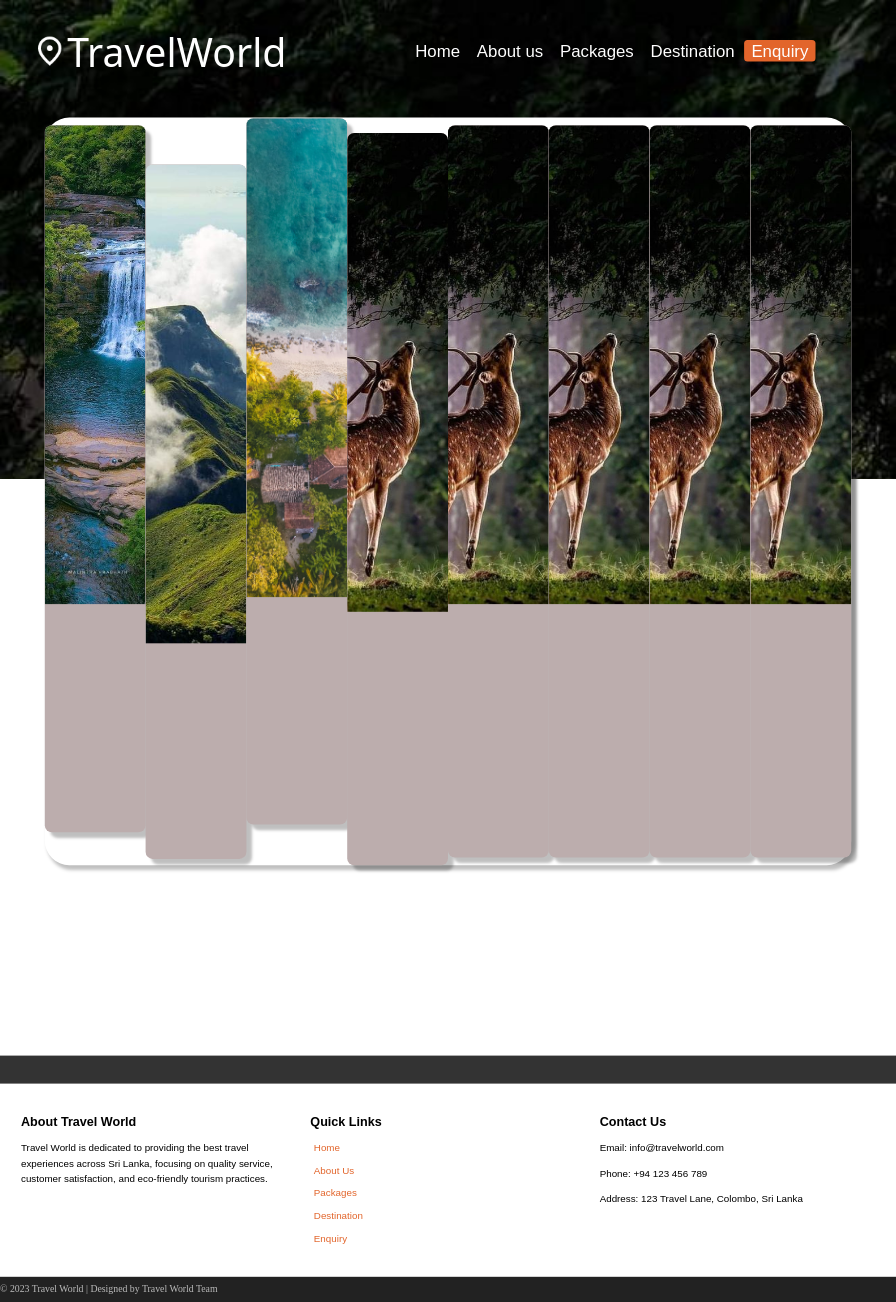
Repository: Haakim19/TavelWorld
Page: HTML/Packages.html
The author's editor kept a copy of each file at every save. The page is drawn from the files as they stood at one save, then again after the next save.
The browser window is 1280 px wide. The pictures show the whole page, at 70% of full size.
Some web fonts or font styles are not loaded; a fallback is used.

Above is the page before, as saved 2024-11-03 17:30:35.

### HTML/Packages.html
<!DOCTYPE html>
<html lang="en">
    <head>
        <meta charset="UTF-8" />
		<meta name="viewport" content="width=device-width, initial-scale=1.0" />
		<title>Travel World</title>
        <link rel="icon" href="../Assets/icon/location.png" type="image/png">
		<link rel="stylesheet" href="../CSS/Packages.css" />
        <link rel="stylesheet" href="../CSS/Navbar.CSS">
        <link rel="stylesheet" href="../CSS/Footer.css">
        <link rel="preconnect" href="https://fonts.googleapis.com">
        <link rel="preconnect" href="https://fonts.gstatic.com" crossorigin>
        <link href="https://fonts.googleapis.com/css2?family=Irish+Grover&family=Jaldi:wght@400;700&family=Playwrite+GB+S:ital,wght@0,100..400;1,100..400&display=swap" rel="stylesheet">
	</head>
	<body>
        <div class="bg-img">
            <!-- Navigation Bar -->
            <nav class="navbar">
                <div class="logo">
                    <img src="../Assets/icon/location.png" alt="" />
                    Travel <span>World</span>
                </div>
                <div class="page">
                    <a href="Home.html">Home</a>
                    <a href="Aboutus.html">About us</a>
                    <a href="Packages.html">Packages</a>
                    <a href="Destination.html">Destination</a>
                    <a href="Enquiry.html" class="enquiry-btn">Enquiry</a>
                </div>
            </nav>
            <!-- Hero Section -->
            <img class="hero-img" src="../Assets/Images/img.jpeg" alt="">
        </section>
        <img class="hero-img" src="../Assets/Images/Wild.jpg" alt="">
        <div class="container">
            <h1></h1>
            <div class="box box1">
                <img src="../Assets/Images/Pic05.jpg" alt="">
                <div class="box-content">
                    <h1>Waterfall Wonders</h1>
                    <p> Golden sands and crystal-clear waters perfect for relaxation and water sports.</p>
                    <a href="Destination.html#Waterfalls" class="btn">Destinations</a>
                    <a href="Enquiry.html" class="btn">Enquiry</a>
                </div>
            </div>
            <div class="box box2">
                <img src="../Assets/Images/mountains/Knuckles.jpg" alt="">
                <div class="box-content">
                    <h1>Mountain Escapes</h1>
                    <p> Misty highlands with waterfalls, hiking trails, and cool climates.</p>
                    <a href="Destination.html#Mountain" class="btn">Destinations</a>
                    <a href="Enquiry.html" class="btn">Enquiry</a>
                </div>
            </div>
            <div class="box box3">
                <img src="../Assets/Images/beach.jpg" alt="">
                <div class="box-content">
                    <h1>Pristine Beaches</h1>
                    <p> Golden sands and crystal-clear waters perfect for relaxation and water sports.</p>
                    <a href="Destination.html#Beaches" class="btn">Destinations</a>
                    <a href="Enquiry.html" class="btn">Enquiry</a>
                </div>
            </div>
            <div class="box box4">
                <img src="../Assets/Images/Wild.jpg" alt="">
                <div class="box-content">
                    <h1>Wildlife and Safari</h1>
                    <p> Encounter elephants, leopards, and exotic birds in diverse national parks.</p>
                    <a href="Destination.html#Wildlife" class="btn">Destinations</a>
                    <a href="Enquiry.html" class="btn">Enquiry</a>
                </div>
            </div>
            <div class="box box5">
                <img src="../Assets/Images/Wild.jpg" alt="">
                <div class="box-content">
                    <h1>Wildlife and Safari</h1>
                    <p> Encounter elephants, leopards, and exotic birds in diverse national parks.</p>
                    <a href="Destination.html#Wildlife" class="btn">Destinations</a>
                    <a href="Enquiry.html" class="btn">Enquiry</a>
                </div>
            </div>
            <div class="box box6">
                <img src="../Assets/Images/Wild.jpg" alt="">
                <div class="box-content">
                    <h1>Wildlife and Safari</h1>
                    <p> Encounter elephants, leopards, and exotic birds in diverse national parks.</p>
                    <a href="Destination.html#Wildlife" class="btn">Destinations</a>
                    <a href="Enquiry.html" class="btn">Enquiry</a>
                </div>
            </div>
            <div class="box box7">
                <img src="../Assets/Images/Wild.jpg" alt="">
                <div class="box-content">
                    <h1>Wildlife and Safari</h1>
                    <p> Encounter elephants, leopards, and exotic birds in diverse national parks.</p>
                    <a href="Destination.html#Wildlife" class="btn">Destinations</a>
                    <a href="Enquiry.html" class="btn">Enquiry</a>
                </div>
            </div>
            <div class="box box8">
                <img src="../Assets/Images/Wild.jpg" alt="">
                <div class="box-content">
                    <h1>Wildlife and Safari</h1>
                    <p> Encounter elephants, leopards, and exotic birds in diverse national parks.</p>
                    <a href="Destination.html#Wildlife" class="btn">Destinations</a>
                    <a href="Enquiry.html" class="btn">Enquiry</a>
                </div>
            </div>
        </div>
            </div>
        </div>
        <footer class="footer"></footer>
    <div class="footer-content">
        <div class="footer-section about">
            <h2>About Travel World</h2>
            <p>Travel World is dedicated to providing the best travel experiences across Sri Lanka, focusing on quality service, customer satisfaction, and eco-friendly tourism practices.</p>
        </div>
        <div class="footer-section links">
            <h2>Quick Links</h2>
            <ul>
                <li><a href="Home.html">Home</a></li>
                <li><a href="Aboutus.html">About Us</a></li>
                <li><a href="Packages.html">Packages</a></li>
                <li><a href="Destination.html">Destination</a></li>
                <li><a href="Enquiry.html">Enquiry</a></li>
            </ul>
        </div>
        <div class="footer-section contact">
            <h2>Contact Us</h2>
            <p>Email: info@travelworld.com</p>
            <p>Phone: +94 123 456 789</p>
            <p>Address: 123 Travel Lane, Colombo, Sri Lanka</p>
        </div>
    </div>
    <div class="footer-bottom">
        &copy; 2023 Travel World | Designed by Travel World Team
    </div>
</footer>
	</body>
</html>

### CSS/Packages.css

.container{
    position: relative;
    width: 90%;
    height: auto;
    top: -200px;
    background: #FFFFFF;
    box-shadow: 5px 5px 5px 2px rgba(0, 0, 0, 0.25);
    border-radius: 35px;
    display: flex;
    justify-content: space-evenly;
    align-items: center;
    margin-top: 35vh;
    margin-left: 5%;
    margin-right: 20%;
    margin-bottom: 10vh;
    z-index: 10;
}

.container .box {
    background-color: rgb(188, 173, 173);
    /* position: absolute; */
    width: 22%;
    height: 80%;
    box-shadow: 8px 8px 4px rgba(0, 0, 0, 0.25);
    border-radius: 10px;
    overflow: hidden;
    z-index: 10;
    transition: all 0.5s ease;
}
.container .box .box-content{
    font-family: "Jaldi", sans-serif;
    color: #fff;
    background-color: rgba(0, 0, 0, 0.5);
    display: flex;
    width: 100%;
    height: 100%;
    /* position: absolute; */
    text-align: center;
    /* flex-direction: column; */
    flex-wrap: wrap;
    justify-content: center;
    align-items: center;
    backdrop-filter: blur(5px);
    opacity: 0;
    transition: all 0.5s ease;
    z-index: 1100;
}
 .container .box .box-content  {
    position: relative;
    top: -131.5%;
    left: 0%;
    /* transform: translateY(-100%); */

}
.container .box .box-content .btn{
    background-color:#E2652B;
    color: white;
    border-radius: 5px;
    text-decoration: none;
    justify-content: space-evenly;
    align-items: center;
    padding: 4px 10px 4px 10px;
    margin: 4px;
    transition: all 0.5s ease;
}
.container .box .box-content .btn:hover{
    color:#E2652B;
    background-color: rgb(255, 255, 255);
    border-radius: 5px;
}

.container .box .box-content p {
    margin: 10%;
}

.container .box:hover .box-content{
    opacity: 1;
}

.box1 {
    margin-bottom: 5vh;
}
.box2 {
    margin-top: 8vh;

}
.box3 {
    margin-bottom: 8vh;

}

.box4 {
    margin-top: 3vh;

}

.container .box:hover{
    transform: scale(1.1);
}

### CSS/Navbar.CSS
body{
    margin: 0;
    padding: 0;
    /* background-color: #ffffff; */
}
/* Background image */
.bg-img img{
    width: 100%;
    height: 95vh;
    object-fit: cover;
    object-position: top;
    background-attachment: scroll;
}

.hero-img {
    /* filter: blur(2px); */
    position:absolute;
    top: 0;
    z-index: 1;
    background-color:black;;
}
/* Navigation bar */
nav{
    position: relative;
    display: flex;
    align-items: center;
    justify-content: space-between;
    z-index: 1000;
    padding-top: 30px;
}
.logo{
    margin-left: 5vh;
    font-family: "Irish Grover", system-ui;
    color: #ffffff;
    font-size: 3.5rem;
    display: flex;
    justify-content:center;
    align-items: center;
    padding: 5px 10px 5px 10px;
}
.logo img{
    width: 50px;
    height: 50px;
    color: #ffffff;
}

.page {
    margin-right : 16vh;

}

.page a{
    /* display: flex; */
    font-size: 1.5rem;
    color: #ffffff;
    font-family:"Jaldi", sans-serif;
    justify-content: space-evenly;
    align-items: center;
    padding: 2px 10px 2px 10px;
    text-decoration: none;
    transition: all 0.5s ease;
}
.page a:hover{
    color: #E2652B;
}
.page .enquiry-btn{
    background-color:#E2652B;
    color: white;
    border-radius: 5px;
    transition: all 0.5s ease;
}
.page .enquiry-btn:hover{
    color:#E2652B;
    background-color: rgb(255, 255, 255);
    border-radius: 5px;
}
section {
    position: relative;
    z-index: 1000;
    color: #ffffff;
    display: flex;
    flex-direction: column;
    justify-content: center;
    align-items: center;
    margin-top: 1vh;

}

.hero .hero-overlay h1 {
    /* margin-right: 10vh; */
    font-family: "Playwrite GB S", serif;
    font-weight: 700;
    font-style:oblique;
    font-size: 10rem;
    margin-bottom: -10px;
}

.hero .hero-overlay p {
    margin-left: 15vh;
    margin-top: auto;
    font-family: "Bebas Neue", sans-serif;
    font-weight: 500;
    font-style:normal;
    font-size: 3rem;
    margin-right: 10vh;
}

### CSS/Footer.css
.footer {
    background-color: #333;
    color: #fff;
    padding: 20px 0;
    text-align: center;
}

.footer-content {
    display: flex;
    justify-content: space-around;
    flex-wrap: wrap;
    padding: 20px;
}

.footer-section {
    flex: 1;
    margin: 10px;
    min-width: 200px;
}

.footer-section h2 {
    font-family: "Jaldi", sans-serif;
    font-size: 18px;
    margin-bottom: 10px;
}

.footer-section p, .footer-section ul, .footer-section li {
    font-family: "Jaldi", sans-serif;
    font-size: 14px;
    line-height: 1.6;
}

.footer-section ul {
    list-style: none;
    padding: 0;
}

.footer-section ul li {
    margin-bottom: 10px;
}

.footer-section ul li a {
    color:#E2652B;
    text-decoration: none;
    transition: all 0.5s ease;
    padding: 2px 5px 2px 5px;
    border-radius: 5px;

}

.footer-section ul li a:hover {
    /* text-decoration: underline; */
    background-color: #E2652B;
    color:#ffffff;
}

.footer-bottom {
    background-color: #222;
    color: #bbb;
    padding: 10px 0;
    font-size: 14px;
}

After the next save:
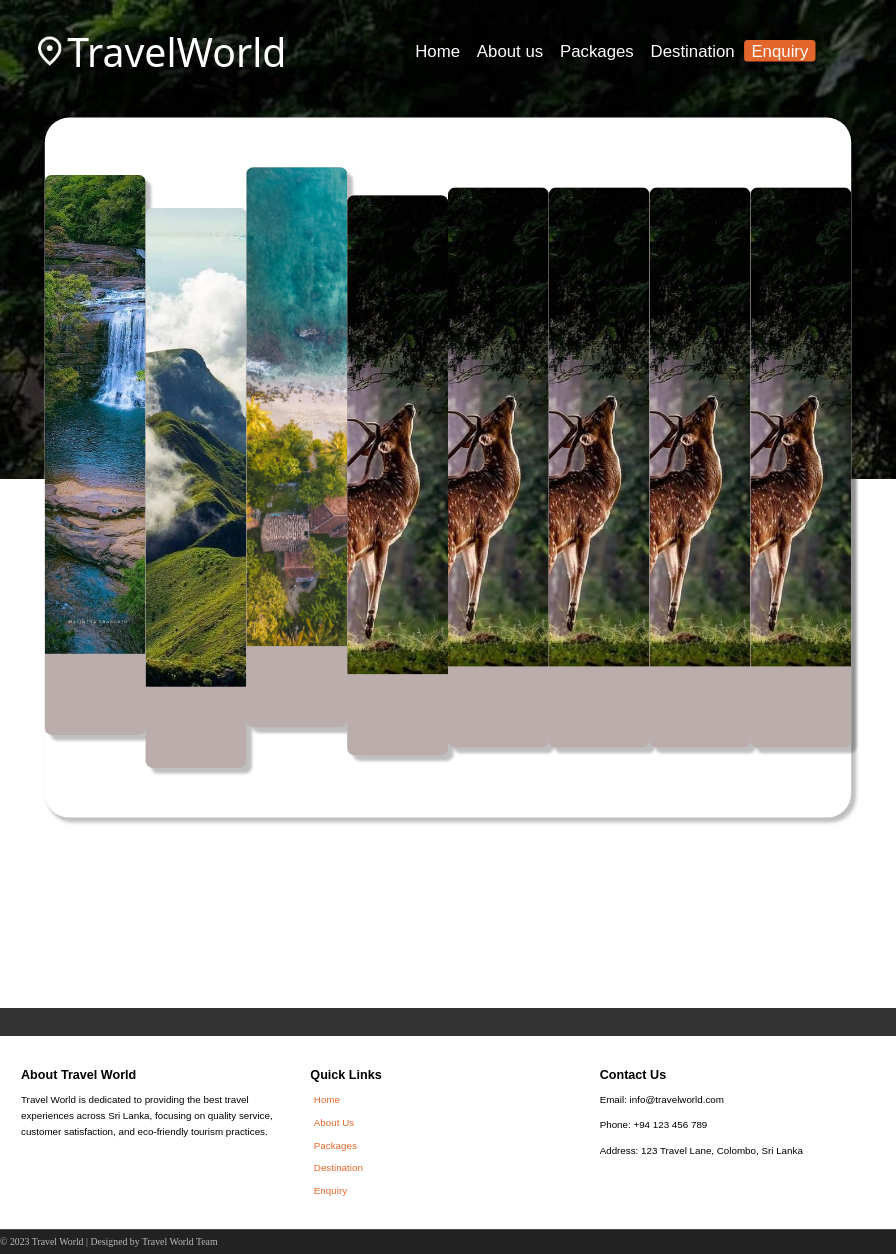
Saved 16 s later.
--- a/CSS/Packages.css
+++ b/CSS/Packages.css
@@ -2,7 +2,7 @@
 .container{
     position: relative;
     width: 90%;
-    height: auto;
+    height: 1000px;
     top: -200px;
     background: #FFFFFF;
     box-shadow: 5px 5px 5px 2px rgba(0, 0, 0, 0.25);
